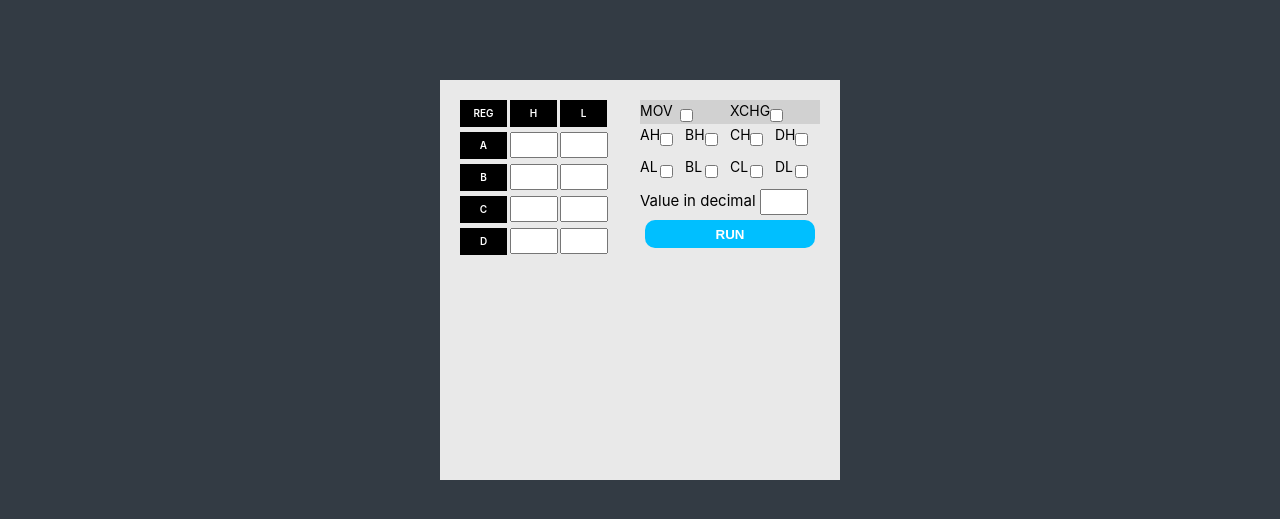
Repository: piookr-wsei/8086
Page: /
The author's editor kept a copy of each file at every save. The page is drawn from the files as they stood at one save, then again after a run of saves.
The browser window is 1280 px wide. The pictures show the whole page.
The project was rebuilt for these pictures with package versions that can differ from the ones it lists, and the page was loaded fresh each time.

Above is the page before, as saved 2022-06-18 21:59:03.

After the next 2 saves:
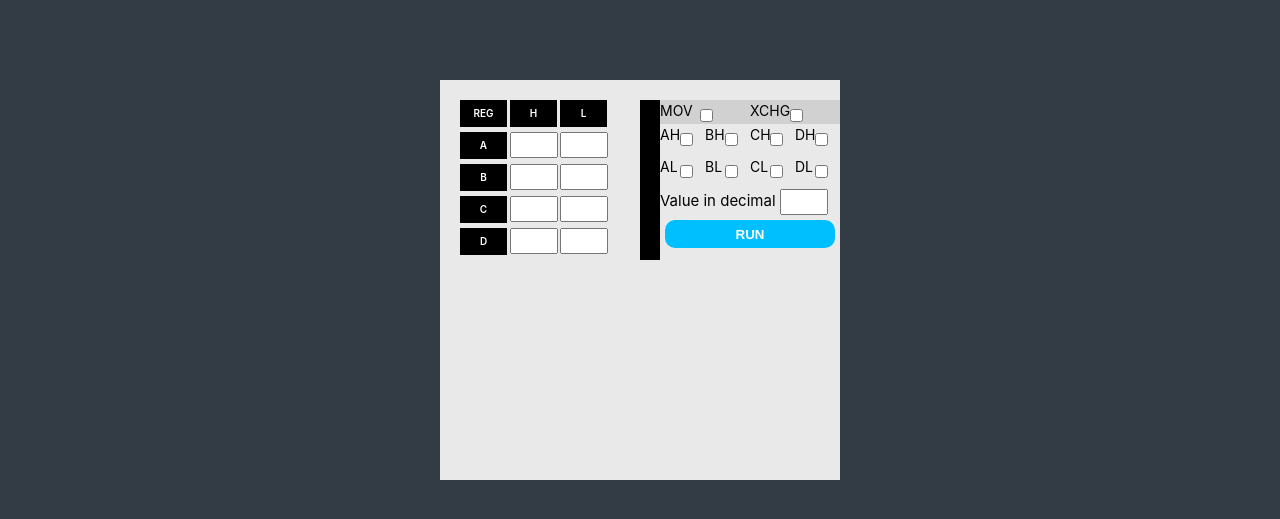
The 2 saves are shown as one change because they came seconds apart.
The last was saved 9 s later.
--- a/src/Components/Components.elements.js
+++ b/src/Components/Components.elements.js
@@ -42,7 +42,7 @@ export const SettingsWrapper = styled.div`
     font-size: 14px;
     line-height: 22px;
     grid-template-rows: 24px 64px repeat(auto-fit, 32px);
-    border-left: 10px;
+    border-left: 20px solid;
 `
 
 export const RegDescSC = styled.div`
